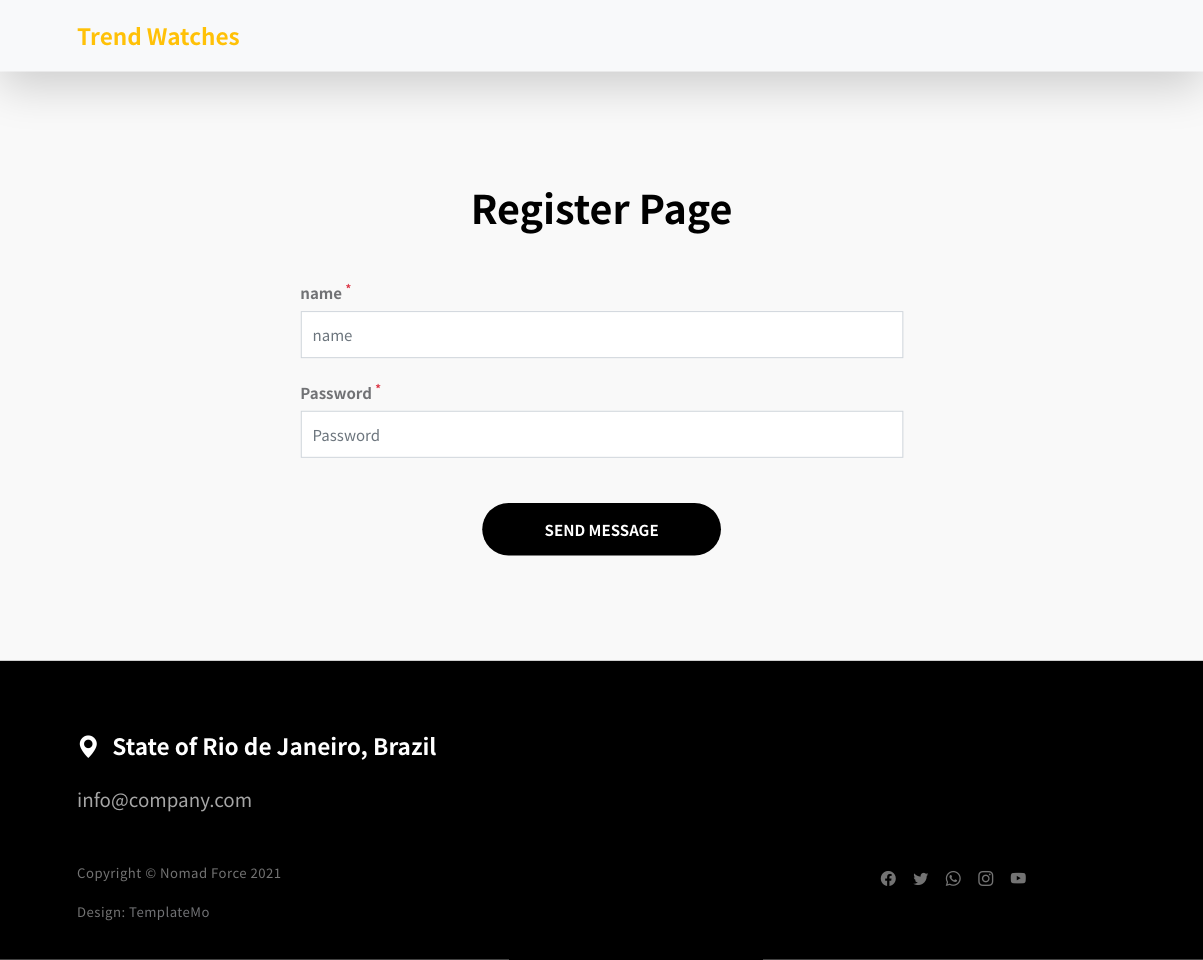
Repository: maqsudov0371/homework
Page: http://localhost/register-user
An editor plug-in stored every save of this project. The page is shown before and after the next save, followed by the edit.
The browser window is 1280 px wide. The pictures show the whole page, at 94% of full size.
The page is served by the project's application, run on Django 5.2 (manage.py).

Above is the page before, as saved 2024-07-13 14:40:37.

After the next save:
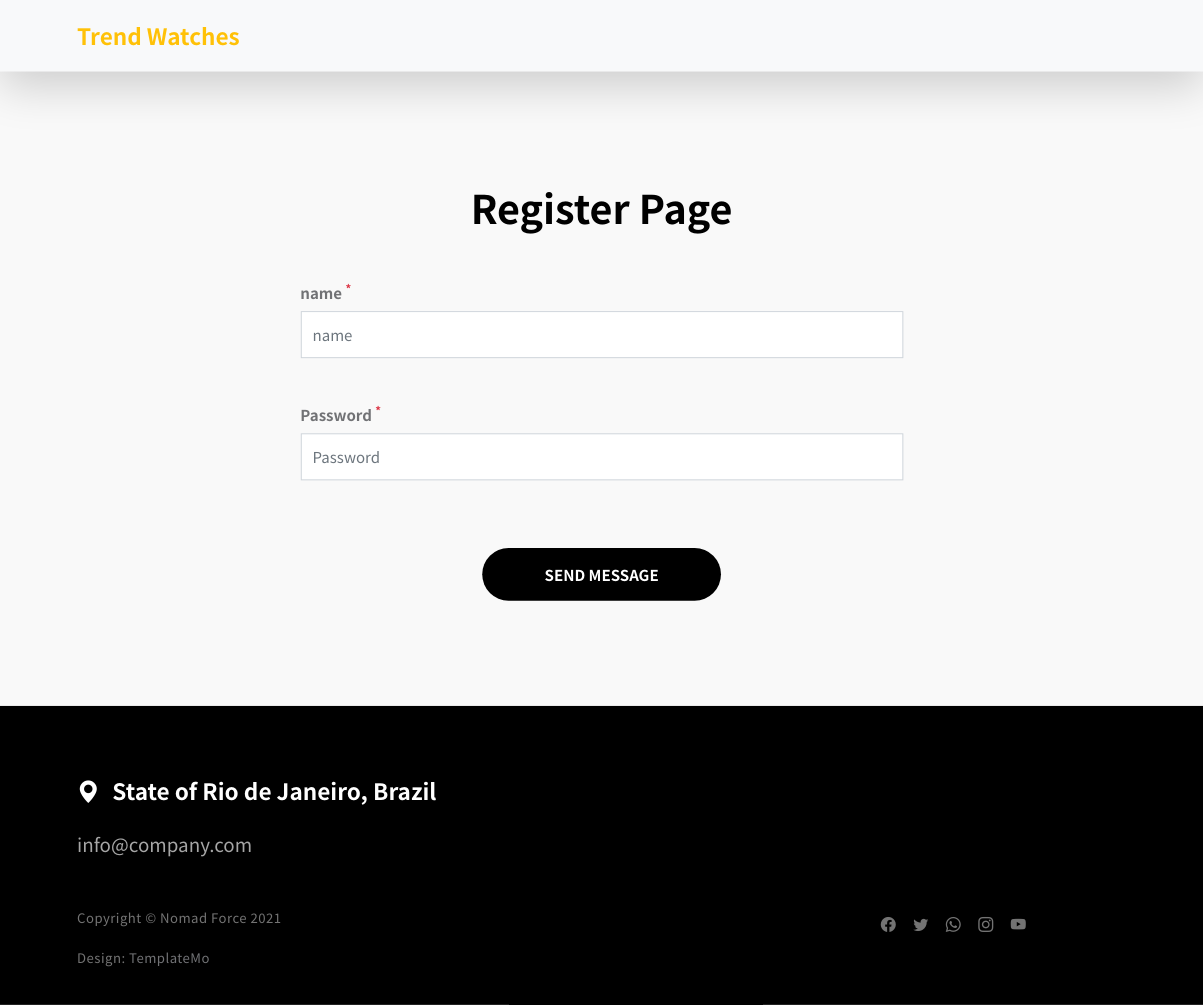
Saved 5 s later.
--- a/templates/register.html
+++ b/templates/register.html
@@ -74,7 +74,7 @@ https://templatemo.com/tm-567-nomad-force
                                     </div>
 
 
-                                    <div class="col-lg-12 col-6">
+                                    <div class="col-lg-12 my-4">
                                         <label for="paswoord" class="form-label">Password <sup class="text-danger">*</sup></label>
 
                                         <input type="password" name="password" id="password"  class="form-control" placeholder="Password" >
